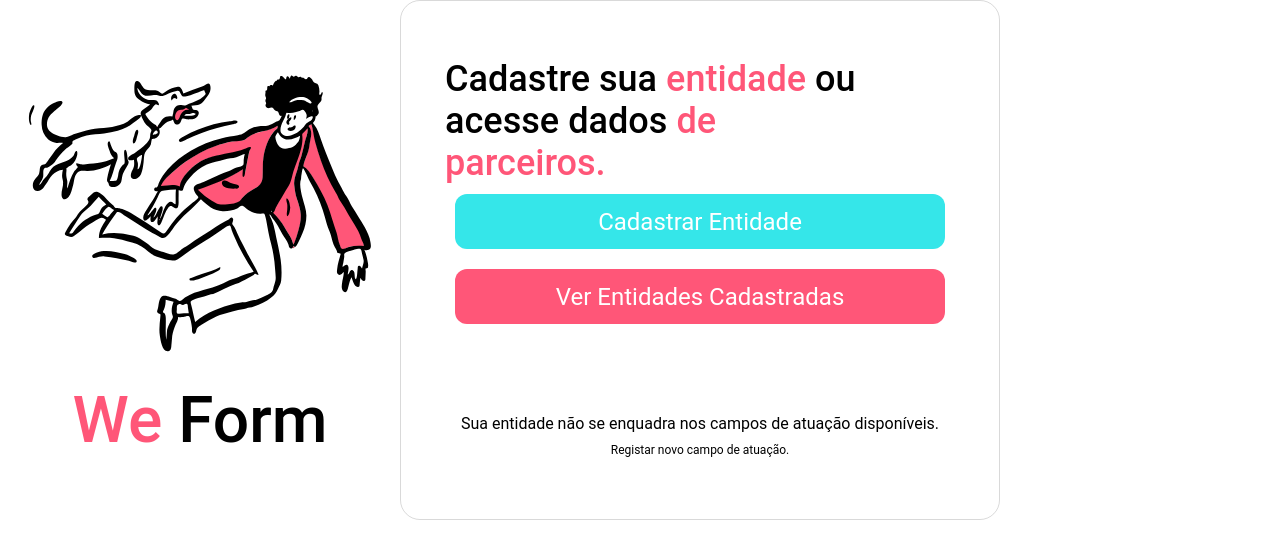
Repository: guilhermecardoso93/we-form
Page: index.html
An editor plug-in stored every save of this project. The page is shown before and after the next save, followed by the edit.
The browser window is 1280 px wide. The pictures show the whole page.

Above is the page before, as saved 2024-06-09 17:36:10.

### index.html
<!DOCTYPE html>
<html lang="pt-BR">

<head>
    <meta charset="UTF-8">
    <meta name="viewport" content="width=device-width, initial-scale=1.0">
    <link rel="stylesheet" href="./styles.css">
    <title>We Form</title>
</head>

<body>
    <div class="content">

        <aside>
            <img src="./assets/hero.svg" alt="Ilustração mulher com cachorro" />
            <h1>
                <span>We</span> Form
            </h1>
        </aside>

        <main>
            <h2>Cadastre sua <span>entidade</span> ou acesse dados <span>de parceiros.</span></h2>
            <div class="buttons">
                <button>
                <a href="http://">Cadastrar Entidade</a>
            </button>
                <button>
                <a href="http://">Ver Entidades Cadastradas</a>
            </button>
            </div>
            <div class="footer">
                <p>Sua entidade não se enquadra nos campos de atuação disponíveis.</p>
                <a href="http://">Registar novo campo de atuação.</a>
            </div>
        </main>
    </div>
</body>

</html>

### styles.css
* {
  padding: 0;
  margin: 0;
  box-sizing: border-box;
  font-family: Roboto, sans-serif;
}

:root {
  font-size: 62.5%;
}

body {
  margin: auto;
  font-size: 1.6rem;
  text-decoration: none;
}

.content {
  display: flex;
}

aside {
  display: flex;
  flex-direction: column;
  align-items: center;
  justify-content: center;
  gap: 2rem;
}

aside h1 {
  font-size: 6.4rem;
  font-weight: 500;
  line-height: 75px;
}

aside h1>span, main h2>span {
  color: #FF5678;
}

aside img {
  width: 40rem;
}


main {
  width: 60rem;
  height: 52rem;
  border: 1px solid rgba(0, 0, 0, 0.15);
  border-radius: 20px;
  padding: 5.7rem 4.4rem;
}

main h2 {
  max-width: 43rem;
  font-size: 3.6rem;
  font-weight: 500;
}

.buttons {
  display: flex;
  flex-direction: column;
  justify-content: center;
  gap: 2rem;
  margin: 1rem;
}


.buttons button {
  background-color: #35e6e9;
  height: 5.5rem;
  border: none;
  border-radius: 12px;
}

.buttons button:hover {
  opacity: 0.5;
}

.buttons button a {
  text-decoration: none;
  color: #fff;
  font-size: 2.4rem;
}

.buttons button+button {
  background-color: #FF5678;
}

.footer {
  display: flex;
  flex-direction: column;
  align-items: center;
  justify-content: center;
  gap: 1rem;
}

.footer p {
  font-size: 1.6rem;
  margin-top: 8rem;
}

.footer a {
  font-size: 1.2rem;
  color: #000;
  text-decoration: none;
}

After the next save:
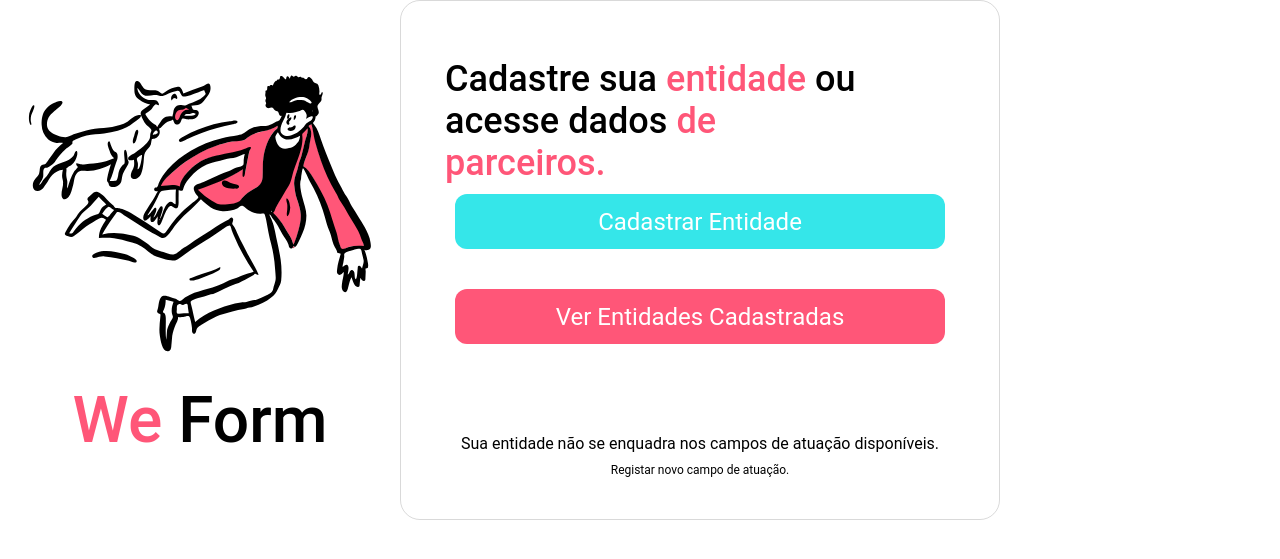
Saved 17 s later.
--- a/styles.css
+++ b/styles.css
@@ -60,7 +60,7 @@ main h2 {
   display: flex;
   flex-direction: column;
   justify-content: center;
-  gap: 2rem;
+  gap: 4rem;
   margin: 1rem;
 }
 
